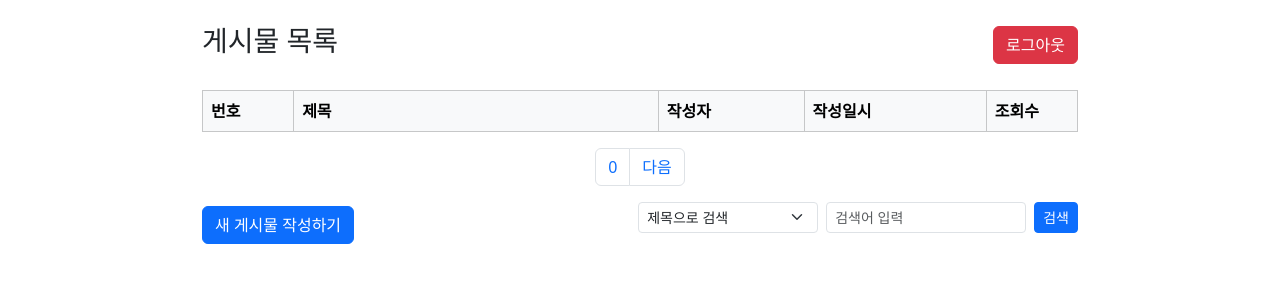
Repository: LHH-commits/SpringBoot_simple_board
Page: http://localhost/lcomputerstudy/WEB-INF/views/list.jsp
An editor plug-in stored every save of this project. The page is shown before and after the next save, followed by the edit.
The browser window is 1280 px wide. The pictures show the whole page.
The page is served by Tomcat 9. Nobody is signed in. The template is opened directly, without the code that normally fills it, so the values that code supplies are empty.

Above is the page before, as saved 2024-09-23 01:51:06.

After the next save:
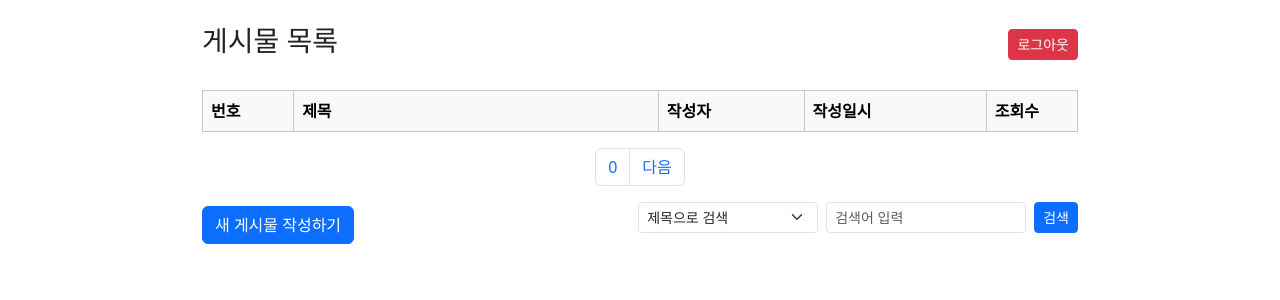
Saved 2 min 42 s later.
--- a/lcomputerstudy/src/main/webapp/WEB-INF/views/list.jsp
+++ b/lcomputerstudy/src/main/webapp/WEB-INF/views/list.jsp
@@ -100,7 +100,7 @@
     <div class="container-md mt-4" style="max-width:900px">
     	<div class="d-flex justify-content-between align-items-center mb-4">
     		<h1 class="h3" onclick="goToList()" style="cursor: pointer;">게시물 목록</h1>
-    		<a href="/logout" class="btn btn-danger">로그아웃</a>
+    		<a href="/logout" class="btn btn-danger btn-sm">로그아웃</a>
     	</div>
 
     <table class="table table-hover table-bordered">
